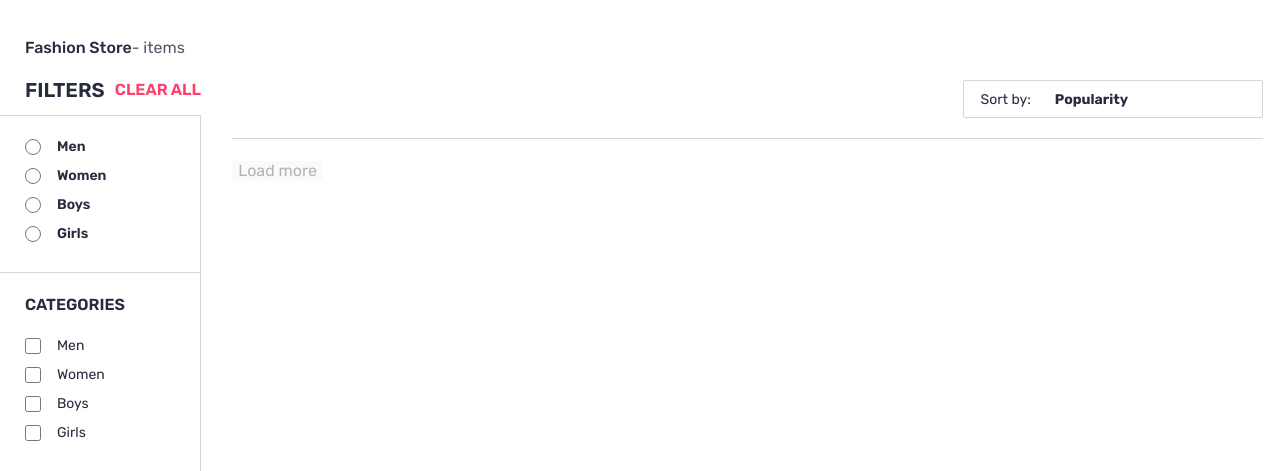
Repository: litaiqiang1407/Khanh-FashionStore
Page: /
An editor plug-in stored every save of this project. The page is shown before and after the next save, followed by the edit.
The browser window is 1280 px wide. The page is 1288 px wide, so the pictures cover 1288 px, including what lies to the right of the window. The pictures show the part of the page from y = 1080 to 1551 px (the page is 1551 px tall before and 1376 px after).
The page's requests for data from a server got no answer. The project was rebuilt for these pictures with package versions that can differ from the ones it lists, and the page was loaded fresh each time. No one was signed in, and anything a server would have sent is missing.

Above is the page before, as saved 2024-04-14 10:41:45.

After the next save:
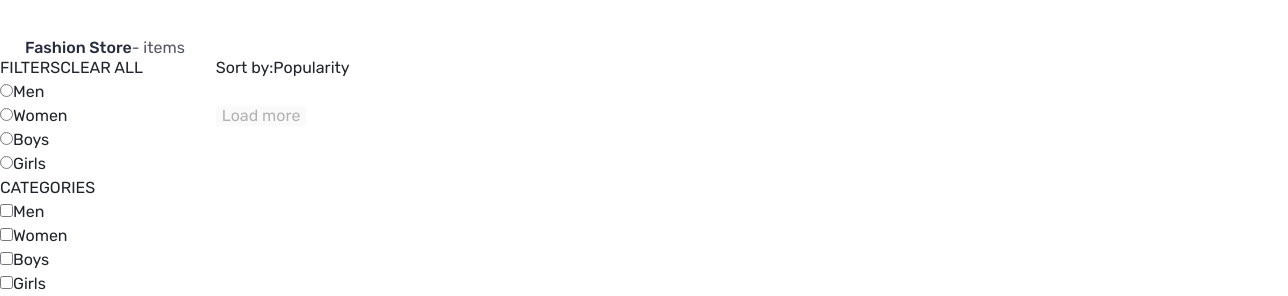
Saved 2 min 1 s later.
--- a/src/pages/Home/Products/Products.module.scss
+++ b/src/pages/Home/Products/Products.module.scss
@@ -21,7 +21,7 @@
     }
   }
 
-  .body {
+  .product-body {
     margin-top: 24px;
     .filter-header {
       margin: 0 0 15px 25px;

After the save that followed:
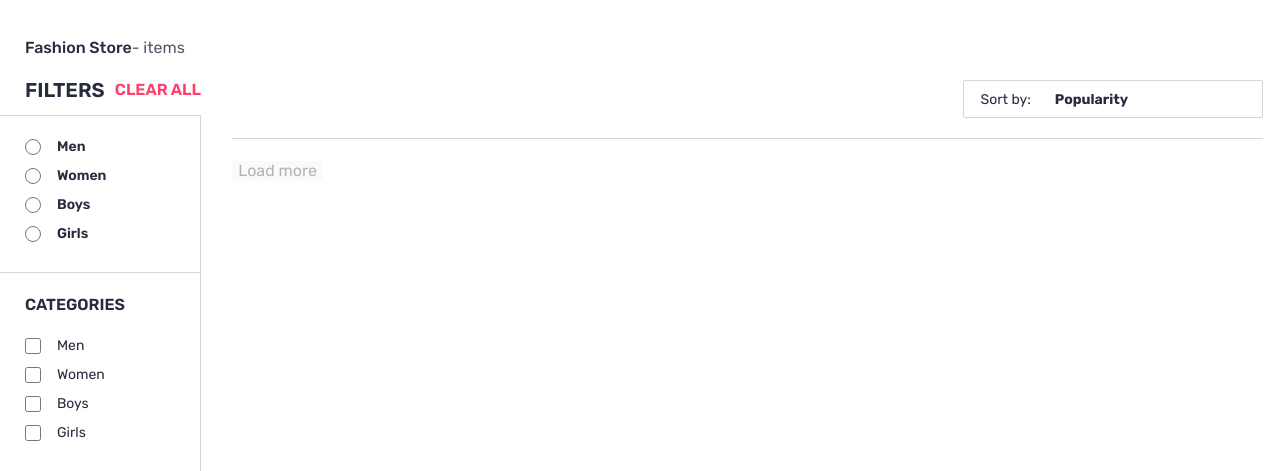
Saved 8 s later.
--- a/src/pages/Home/Products/Products.module.scss
+++ b/src/pages/Home/Products/Products.module.scss
@@ -21,7 +21,7 @@
     }
   }
 
-  .product-body {
+  .body {
     margin-top: 24px;
     .filter-header {
       margin: 0 0 15px 25px;
